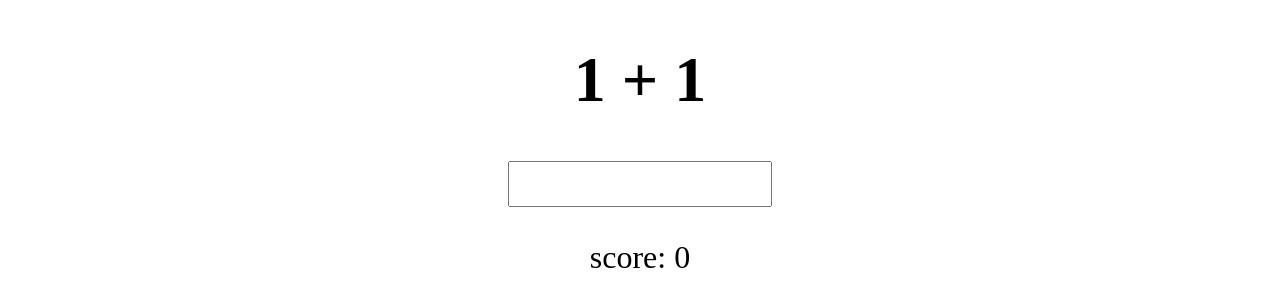
Repository: kegbaDev/React-calculation-game
Page: addition.html
These files come from the project's save history. The page is drawn as it stood at one moment and after a run of saves; the edit follows.
The browser window is 1280 px wide. The pictures show the whole page.
Some web libraries are served in a nearby version.

Above is the page before, as saved 2023-04-22 20:07:21.

### addition.html
<!DOCTYPE html>
<html lang="en">

<head>
    <meta charset="UTF-8">
    <meta http-equiv="X-UA-Compatible" content="IE=edge">
    <meta name="viewport" content="width=device-width, initial-scale=1.0">

    <script src="https://unpkg.com/react@16/umd/react.development.js" crossorigin></script>
    <script src="https://unpkg.com/react-dom@16/umd/react-dom.development.js" crossorigin></script>
    <script src="https://unpkg.com/babel-standalone@6/babel.min.js"></script>
    <title>Hello</title>

    <style>
        #app {
            text-align: center;
            color: #000;
            font-size: 2em;
        }
        .input{
            width: 20vw;
            height: 40px;
        }

    </style>
</head>

<body>

    <div id="app"></div>

    <script type="text/babel">

        class Addition extends React.Component {
            constructor(props){
                super(props)
                this.state = {
                    num1: 1,
                    num2: 1,
                    score: 0,
                    reponse: ""
                }
            }

            render(){
                return(
                    <div>
                        <h1> { this.state.num1 } + { this.state.num2 } </h1>
                        <input onKeyPress = { this.inputKeyPress } onChange = { this.updateReponse } value = { this.state.response } class = 'input'/>
                        <p>score: { this.state.score} </p>
                    </div>
                );
            }

            updateReponse = ( event ) => {
                this.setState({
                    response: event.target.value
                })
            }

            inputKeyPress = (event) => {
                if(event.key === 'Enter'){
                    // Do something if right
                    const answer = parseInt(this.state.response);

                    if( answer === this.state.num1 + this.state.num2 ){
                        this.setState(oldState => ({
                            score: oldState.score + 1,
                            num1: Math.ceil(Math.random() * 10 ),
                            num2: Math.ceil(Math.random() * 10 ),
                            response: ''
                        }))
                    } else{
                        this.setState(
                            {

                            }
                        )

                    }
                } else {
                    // Do something if wrong

                }
            }
        }

        class App extends React.Component{
            render(){
                return(
                    <div>
                        <Addition/>
                    </div>
                );
            }
        }

        ReactDOM.render(<App/>, document.querySelector('#app'))
    </script>
</body>

</html>

After the next 3 saves:
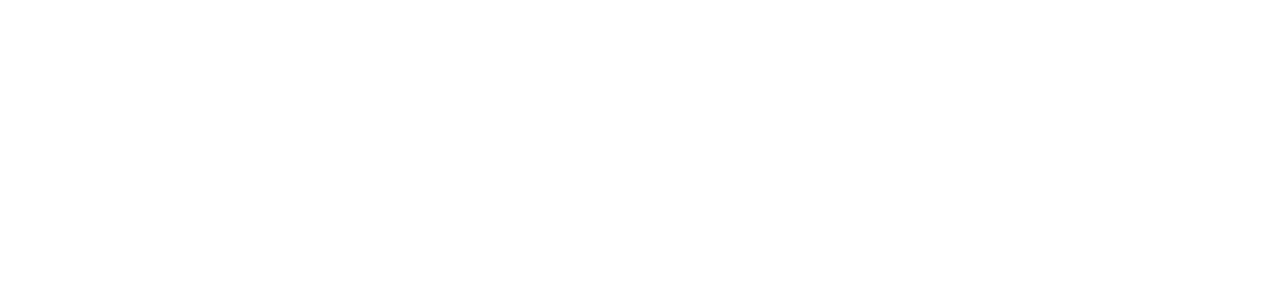
Console error (its wording comes from the project's code and is left out).
The 3 saves are shown as one change because they came seconds apart.
The last was saved 15 s later.
--- a/addition.html
+++ b/addition.html
@@ -72,7 +72,7 @@
                         }))
                     } else{
                         this.setState(
-                            {
+                            oldValue(){
 
                             }
                         )

After the 3 saves that followed:
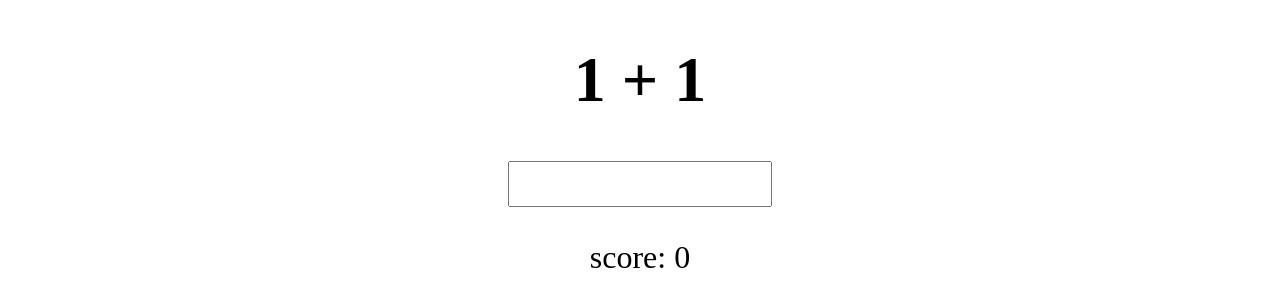
The error is gone.
The 3 saves are shown as one change because they came seconds apart.
The last was saved 10 s later.
--- a/addition.html
+++ b/addition.html
@@ -72,9 +72,10 @@
                         }))
                     } else{
                         this.setState(
-                            oldValue(){
+                            oldValue(
 
-                            }
+                            )
+
                         )
 
                     }
